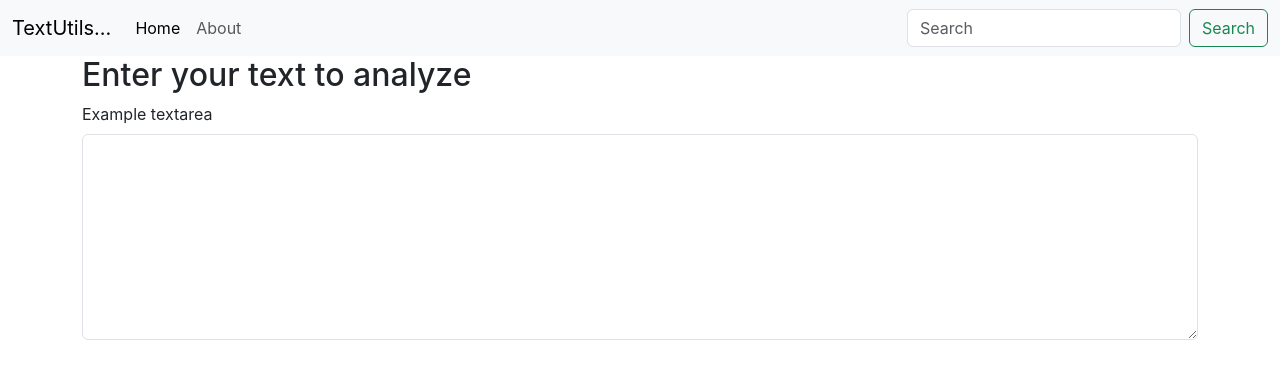
Repository: SujanNagaju/react-demo
Page: /
The author's editor kept a copy of each file at every save. The page is drawn from the files as they stood at one save, then again after the next save.
The browser window is 1280 px wide. The pictures show the whole page.
The project was rebuilt for these pictures with package versions that can differ from the ones it lists, and the page was loaded fresh each time. Also part of the build but not shown: src/App.css.

Above is the page before, as saved 2024-12-29 13:12:29.

After the next save:
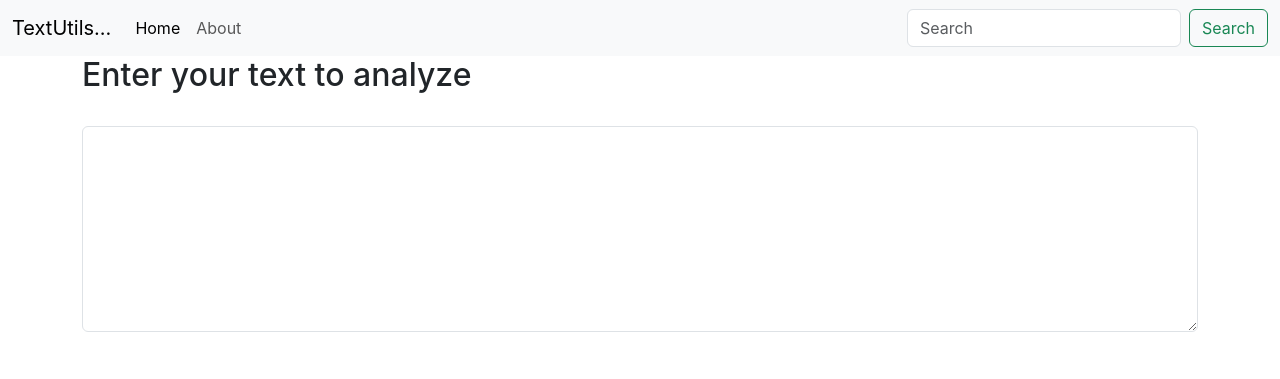
Saved 9 s later.
--- a/src/components/TextForm.js
+++ b/src/components/TextForm.js
@@ -5,7 +5,7 @@ export default function TextForm(props) {
     <div>
       <h2>{props.heading}</h2>
         <div className="mb-3">
-            <label for="textBox" className="form-label">Example textarea</label>
+            <label for="textBox" className="form-label"></label>
             <textarea className="form-control" id="textBox" rows="8"></textarea>
         </div>
     </div>
